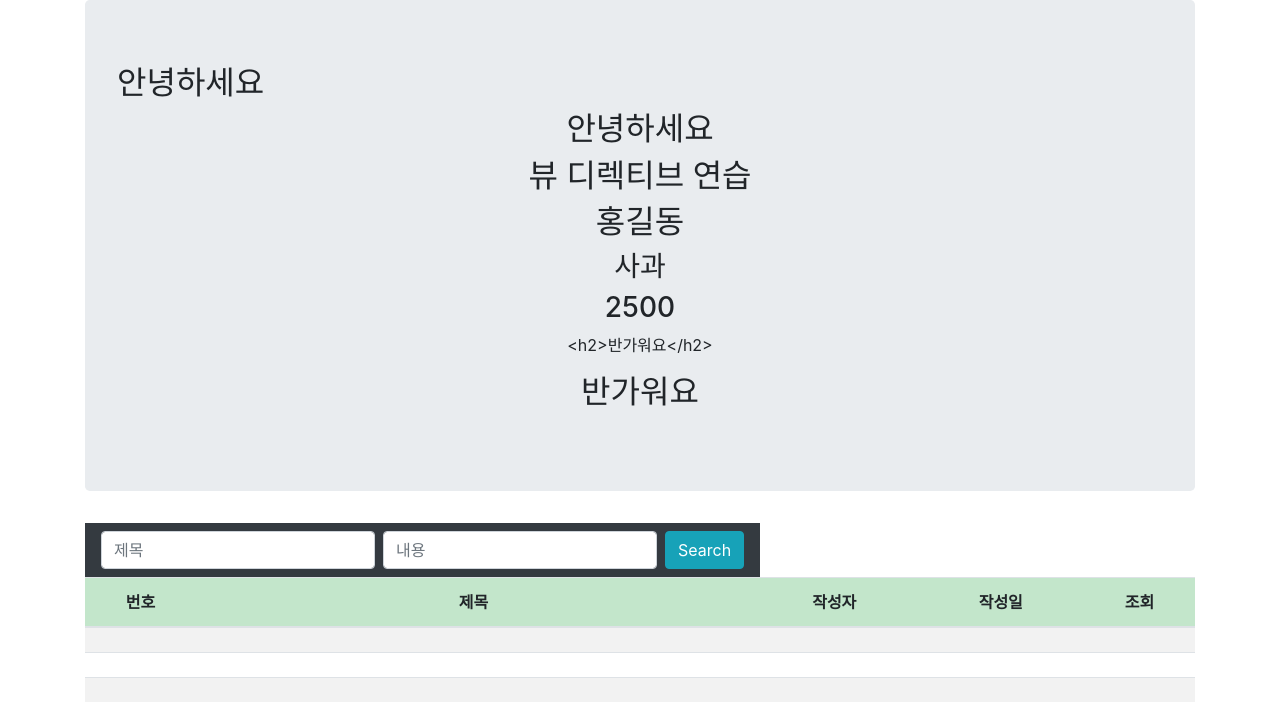
Repository: arongss/java
Page: springweb/src/main/webapp/a02_vue/a02_directive.html
These files come from the project's save history. The page is drawn as it stood at one moment and after the next save; the edit follows.
The browser window is 1280 px wide. The pictures show the whole page.

Above is the page before, as saved 2023-02-01 07:43:56.

After the next save:
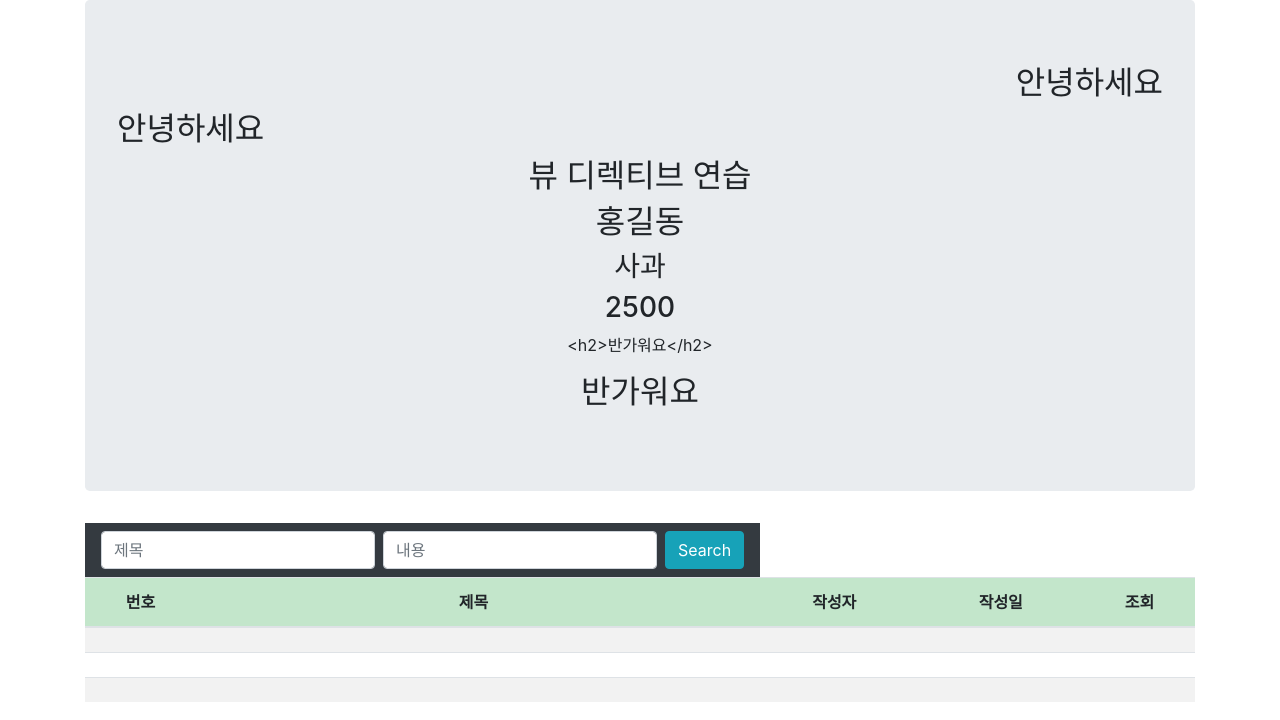
Saved 23 s later.
--- a/springweb/src/main/webapp/a02_vue/a02_directive.html
+++ b/springweb/src/main/webapp/a02_vue/a02_directive.html
@@ -36,7 +36,7 @@
 				pname:"사과",price:2500,
 				msg2:"<h2>반가워요</h2>",
 				align01:"right",
-				align01:"left"
+				align02:"left"
 				}
 		})
 	});
